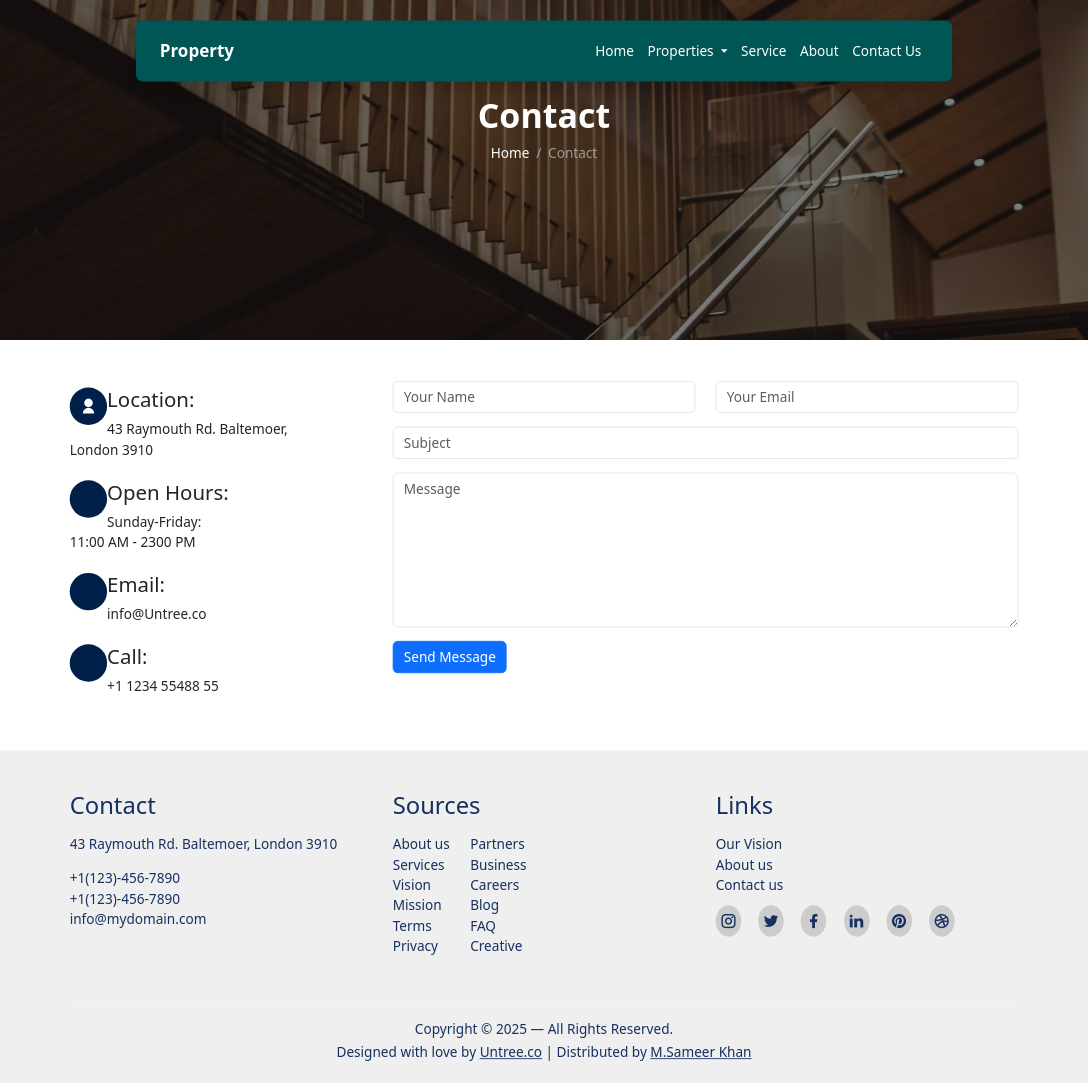
Repository: sameerrrrkhan911-git/Property
Page: contact.html
The author's editor kept a copy of each file at every save. The page is drawn from the files as they stood at one save, then again after the next save.
The browser window is 1280 px wide. The pictures show the whole page, at 85% of full size.
Some icons come from a web library that is not loaded, so they are not drawn. Some web libraries are served in a nearby version.

Above is the page before, as saved 2025-09-28 21:34:37.
Console error: TypeError: Cannot read properties of undefined (reading 'length')

### contact.html
<!DOCTYPE html>
<html lang="en">

<head>
    <meta charset="utf-8">
    <meta name="viewport" content="width=device-width, initial-scale=1">
    <title>Property</title>

    <!--====== LINKS ========-->
    <link href="https://cdn.jsdelivr.net/npm/bootstrap@5.3.8/dist/css/bootstrap.min.css" rel="stylesheet">
    <link
        href="https://fonts.googleapis.com/css2?family=Montserrat:wght@400;600&family=Open+Sans:wght@400;600&display=swap"
        rel="stylesheet">
    <link href="https://unpkg.com/aos@2.3.1/dist/aos.css" rel="stylesheet">
    <link href="https://cdn.jsdelivr.net/npm/remixicon@4.5.0/fonts/remixicon.css" rel="stylesheet">
    <link href="https://cdnjs.cloudflare.com/ajax/libs/tiny-slider/2.9.4/tiny-slider.css" rel="stylesheet">
    <link rel="stylesheet" href="assets/css/style2.css">
    <link rel="stylesheet" href="assets/css/style.css">

</head>

<body>

    <!--=====HEADER=====-->
    <header>
        <section id="Right-Step">
            <div class="bg-holder overlay overlay-elixir">
            </div>

            <!-- Navbar -->
            <nav
                class="navbar navbar-expand-lg green-color p-3 mt-4 sticky-top position-absolute top-0 start-50 translate-middle-x w-75 rounded-3 shadow">
                <div class="container-fluid">
                    <!-- Brand -->
                    <a class="navbar-brand text-white fw-bold" href="#">Property</a>

                    <!-- Toggler for Mobile -->
                    <button class="navbar-toggler bg-light" type="button">
                        <span class="navbar-toggler-icon"></span>
                    </button>

                    <!-- Navbar Links -->
                    <div class="collapse navbar-collapse" id="navbarNavDropdown">
                        <ul class="navbar-nav ms-auto">
                            <li class="nav-item">
                                <a class="nav-link text-white active" aria-current="page" href="index.html">Home</a>
                            </li>
                            <li class="nav-item dropdown">
                                <a class="nav-link dropdown-toggle text-white" href="#" role="button"
                                    data-bs-toggle="dropdown" aria-expanded="false">
                                    Properties
                                </a>
                                <ul class="dropdown-menu">
                                    <li><a class="dropdown-item" href="#">Action</a></li>
                                    <li><a class="dropdown-item" href="#">Another action</a></li>
                                    <li><a class="dropdown-item" href="#">Something else here</a></li>
                                </ul>
                            </li>
                            <li class="nav-item"><a class="nav-link text-white" href="service.html">Service</a></li>
                            <li class="nav-item"><a class="nav-link text-white" href="about.html">About</a></li>
                            <li class="nav-item"><a class="nav-link text-white" href="contact.html">Contact Us</a></li>
                        </ul>
                    </div>
                </div>
            </nav>

            <!--/.bg-holder-->
            <div class="forbg py-5">
                <div class="container">

                    <div class="row justify-content-center align-items-center">
                        <div class="col-lg-9 text-center mt-5">
                            <h1 class="heading aos-init aos-animate white mt-3 fw-bold" data-aos="fade-up">Contact</h1>

                            <nav aria-label="breadcrumb" data-aos="fade-up" data-aos-delay="200"
                                class="aos-init aos-animate">
                                <ol class="breadcrumb text-center justify-content-center">
                                    <li class="breadcrumb-item"><a href="index.html" style="color: white;">Home</a></li>
                                    <li class="ms-2 me-2 text-white-50" aria-current="page">
                                        /
                                    </li>
                                    <li class="breadcrumb-item active text-white-50" aria-current="page">
                                        Contact
                                    </li>
                                </ol>
                            </nav>
                        </div>
                    </div>
                </div>
            </div><!-- end of .container-->
        </section>
    </header>

    <!--====MAIN====-->

    <main>

<div class="section py">
      <div class="container">
        <div class="row py-5">
          <div class="col-lg-4 mb-5 mb-lg-0 aos-init aos-animate" data-aos="fade-up" data-aos-delay="100">
            <div class="contact-info">
              <div class="address mt-2">
                <i class="ri-user-fill"></i>

                <h4 class="mb-2">Location:</h4>
                <p>
                  43 Raymouth Rd. Baltemoer,<br>
                  London 3910
                </p>
              </div>

              <div class="open-hours mt-4">
                <i class="icon-clock-o"></i>
                <h4 class="mb-2">Open Hours:</h4>
                <p>
                  Sunday-Friday:<br>
                  11:00 AM - 2300 PM
                </p>
              </div>

              <div class="email mt-4">
                <i class="icon-envelope"></i>
                <h4 class="mb-2">Email:</h4>
                <p>info@Untree.co</p>
              </div>

              <div class="phone mt-4">
                <i class="icon-phone"></i>
                <h4 class="mb-2">Call:</h4>
                <p>+1 1234 55488 55</p>
              </div>
            </div>
          </div>
          <div class="col-lg-8 aos-init aos-animate" data-aos="fade-up" data-aos-delay="200">
            <form action="#">
              <div class="row">
                <div class="col-6 mb-3">
                  <input type="text" class="form-control" placeholder="Your Name">
                </div>
                <div class="col-6 mb-3">
                  <input type="email" class="form-control" placeholder="Your Email">
                </div>
                <div class="col-12 mb-3">
                  <input type="text" class="form-control" placeholder="Subject">
                </div>
                <div class="col-12 mb-3">
                  <textarea name="" id="" cols="30" rows="7" class="form-control" placeholder="Message"></textarea>
                </div>

                <div class="col-12">
                  <input type="submit" value="Send Message" class="btn btn-primary">
                </div>
              </div>
            </form>
          </div>
        </div>
      </div>
    </div>

    </main>

    <!-- FOOTER -->
    <footer class="greyy py-5 pb-4 grey">

        <div class="container">
            <div class="row">

                <!-- Contact -->
                <div class="col-lg-4 col-md-6 mb-4">
                    <h3 class="mb-3 font-color">Contact</h3>
                    <address class="mb-3 font-color">43 Raymouth Rd. Baltemoer, London 3910</address>
                    <ul class="list-unstyled">
                        <li><a href="tel://11234567890" class=" text-decoration-none"
                                style="color: #163060;">+1(123)-456-7890</a></li>
                        <li><a href="tel://11234567890" class=" text-decoration-none"
                                style="color: #163060;">+1(123)-456-7890</a></li>
                        <li><a href="mailto:info@mydomain.com" class=" text-decoration-none"
                                style="color: #163060;">info@mydomain.com</a></li>
                    </ul>
                </div>

                <!-- Sources -->
                <div class="col-lg-4 col-md-6 mb-4">
                    <h3 class="mb-3 font-color">Sources</h3>
                    <div class="d-flex">
                        <ul class="list-unstyled me-4">
                            <li><a href="#" class="font-color text-decoration-none">About us</a></li>
                            <li><a href="#" class="font-color text-decoration-none">Services</a></li>
                            <li><a href="#" class="font-color text-decoration-none">Vision</a></li>
                            <li><a href="#" class="font-color text-decoration-none">Mission</a></li>
                            <li><a href="#" class="font-color text-decoration-none">Terms</a></li>
                            <li><a href="#" class="font-color text-decoration-none">Privacy</a></li>
                        </ul>
                        <ul class="list-unstyled">
                            <li><a href="#" class="font-color text-decoration-none">Partners</a></li>
                            <li><a href="#" class="font-color text-decoration-none">Business</a></li>
                            <li><a href="#" class="font-color text-decoration-none">Careers</a></li>
                            <li><a href="#" class="font-color text-decoration-none">Blog</a></li>
                            <li><a href="#" class="font-color text-decoration-none">FAQ</a></li>
                            <li><a href="#" class="font-color text-decoration-none">Creative</a></li>
                        </ul>
                    </div>
                </div>

                <!-- Links & Social -->
                <div class="col-lg-4 col-md-12 mb-4">
                    <h3 class="mb-3 font-color">Links</h3>
                    <ul class="list-unstyled">
                        <li><a href="#" class="font-color text-decoration-none">Our Vision</a></li>
                        <li><a href="#" class="font-color text-decoration-none">About us</a></li>
                        <li><a href="#" class="font-color text-decoration-none">Contact us</a></li>
                    </ul>

                    <!-- Social icons -->
                    <div class="mt-3">
                        <a href="#" class="font-color me-3 fs-5 roundd text-color dark-grey"><i
                                class="ri-instagram-line"></i></a>
                        <a href="#" class="font-color me-3 fs-5 roundd dark-grey"><i class="ri-twitter-fill"></i></a>
                        <a href="#" class="font-color me-3 fs-5 roundd dark-grey"><i class="ri-facebook-fill"></i></a>
                        <a href="#" class="font-color me-3 fs-5 roundd dark-grey"><i class="ri-linkedin-fill"></i></a>
                        <a href="#" class="font-color me-3 fs-5 roundd dark-grey"><i class="ri-pinterest-fill"></i></a>
                        <a href="#" class="font-color fs-5 roundd dark-grey"><i class="ri-dribbble-line"></i></a>
                    </div>
                </div>

            </div>

            <hr class="border-light">

            <!-- Copyright -->
            <div class="row">
                <div class="col-12 text-center">
                    <p class="mb-1 font-color">
                        Copyright ©
                        <script>document.write(new Date().getFullYear());</script> — All Rights Reserved.
                    </p>
                    <p class="mb-0 font-color">
                        Designed with love by <a href="https://untree.co"
                            class="font-color text-decoration-underline">Untree.co</a>
                        | Distributed by <a href="https://themewagon.com/" target="_blank"
                            class="font-color text-decoration-underline">M.Sameer Khan</a>
                    </p>
                </div>
            </div>

        </div>

    </footer>

    <!-- Bootstrap JS -->
    <script src="https://cdn.jsdelivr.net/npm/bootstrap@5.3.8/dist/js/bootstrap.bundle.min.js"></script>
    <!-- AOS JS -->
    <script src="https://unpkg.com/aos@2.3.1/dist/aos.js"></script>

    <script>
        AOS.init({
            duration: 1000,
            once: true
        });
    </script>

    <script src="https://cdnjs.cloudflare.com/ajax/libs/tiny-slider/2.9.4/min/tiny-slider.js"></script>

    <script>
        var slider = tns({
            container: '.property-slider',
            items: 3,
            slideBy: 1,
            autoplay: false,
            controls: true,
            nav: false,
            gutter: 20,
            controlsContainer: '.slider-controls',
            prevButton: '.prev',
            nextButton: '.next',
            responsive: {
                0: { items: 1 },
                768: { items: 2 },
                1200: { items: 3 }
            }
        });
    </script>

</body>

</html>

### assets/css/style.css
/* ==============================
   Root Variables
=================================*/
:root {
  --green-color: #005555;
   --heading-color: #2a3855;
}

.green-color {
  background-color: var(--green-color);
}

.green{
  color: var(--green-color);
}

.black{
  color: black;
}

.para{
  text-align: left;
}

.heading-color{
  color: var(--heading-color);
}

.z-9 {
  z-index: 9 !important;
}

.white {
  color: white;
}

.green-line{
   height: 2px;
  width: 120px;
 background-color: var(--green-color);
 margin-bottom: 10px;
}

.black-line{
   height: 2px;
  width: 80px;
 background-color: black;
 margin: 10px auto;
}

.white-bg{
  background-color: white;
}

.fs-6{
  font-size: 5px;
}

.marginn{
  margin-bottom: 30px;
}

.a{
  text-decoration: none;
}


.dark-grey{
  background-color: #cccccc;
}

.text-color{
  color: #909ba6;
}
/* ==============================
Header
=================================*/


/* Hero background */
.hero-header {
  background-image: url("../images/hero_bg_3.jpg") !important;
  background-repeat: no-repeat;
  background-position: center center;
  background-size: cover;
  min-height: 100vh;
  position: relative;
  display: flex;
  align-items: center;
}



/* Overlay */
.hero-header::before {
  content: "";
  position: absolute;
  top: 0;
  left: 0;
  width: 100%;
  height: 100%;
  background: rgba(0, 0, 0, 0.5);
  z-index: 0;
}

/* Keep hero text above overlay */
.hero {
  position: relative;
  z-index: 1;
}

/* White text */
.white {
  color: #fff !important;
}

/* Responsive adjustments */
@media (max-width: 768px) {
  nav.navbar {
    width: 90% !important;
    margin-top: 1rem !important;
    padding: 0.75rem 1rem !important;
  }

  .hero h1 {
    font-size: 1.75rem;
    line-height: 1.3;
  }

  .hero form {
    flex-direction: column !important;
    gap: 0.75rem;
  }

  .hero input {
    width: 100% !important;
  }

  .hero button {
    width: 100% !important;
  }
}

@media (max-width: 576px) {
  .hero h1 {
    font-size: 1.5rem;
  }
}

/* Popular properties */

.property-slider {
  overflow: hidden;
}

.property-item {
  background: #fff;
  border-radius: 8px;
  overflow: hidden;
}

.property-content {
  background: #fff;
  border-radius: 8px;
}

/* Features */

.features-1 {
    padding-top: 30px;
    position: relative;
    z-index: 8;
    text-align: center;
    background-color: rgba(0, 32, 74, 0.05);
}

/* ==========================
   Testimonials Section
========================== */

.sec-testimonials .heading {
  font-size: 2rem;
  font-weight: 700;
}

/* Prev/Next buttons */
#testimonial-nav {
  display: flex;
  gap: 10px;
}

#testimonial-nav span {
  cursor: pointer;
  font-size: 14px;
  color: #002855;
  background: #e9ecef;
  padding: 6px 14px;
  border-radius: 20px;
  transition: all 0.3s ease;
}

#testimonial-nav span:hover {
  background: #002855;
  color: #fff;
}

/* Testimonials layout */
.testimonial-slider {
  display: grid;
  grid-template-columns: repeat(auto-fit, minmax(300px, 1fr));
  gap: 40px;
  margin-top: 30px;
  text-align: center;
}

.testimonial {
  padding: 20px;
}

.testimonial img {
  width: 90px;
  height: 90px;
  object-fit: cover;
  margin-bottom: 15px;
  border: 3px solid #ddd;
}

.testimonial .rate {
  margin: 10px 0;
  font-size: 16px;
  color: #f1c40f;
}

.testimonial h3 {
  margin-bottom: 10px;
  font-size: 1.1rem;
  font-weight: 600;
}

.testimonial blockquote {
  font-style: italic;
  font-size: 0.95rem;
  color: #555;
  margin: 10px 0 15px;
}

.greyy{
  background-color: #efefef;
}

.testimonial p.text-muted {
  font-size: 0.85rem;
  color: #888;
}

.img-fluid {
   max-width: 100%;
    height: auto;
}

/* Call To Action */
.footer-cta {
  background: white ;
  padding: 50px;
}

.footer-cta .btn-primary {
  border-radius: 30px;
  font-size: 1.1rem;
  transition: all 0.3s ease;
}

.footer-cta .btn-primary:hover {
  background: #003f3f;
  transform: translateY(-3px);
  box-shadow: 0 6px 15px rgba(0,0,0,0.2);
}

/* Our Agents */
.section_1{
  background-color: #f8f9fa;
}

/* Agent Card */
.person {
  background: #fff;
  border-radius: 12px;
  padding: 60px 20px 30px;
  text-align: center;
  position: relative;
  box-shadow: 0 4px 20px rgba(0,0,0,0.05);
  transition: all 0.3s ease;
}

.person:hover {
  transform: translateY(-8px);
  box-shadow: 0 12px 30px rgba(0,0,0,0.1);
}

/* Profile Image */
.person img {
  width: 100px;
  height: 100px;
  object-fit: cover;
  border-radius: 50%;
  position: absolute;
  top: -50px;
  left: 50%;
  transform: translateX(-50%);
}

/* Text styling */
.person-contents h2 {
  margin-top: 60px;
  font-size: 1.2rem;
  font-weight: 600;
}

.person-contents .meta {
  font-size: 0.9rem;
  color: #6c757d;
  margin-bottom: 15px;
}

.person-contents p {
  font-size: 0.95rem;
  color: #555;
  margin-bottom: 20px;
}

/* Social icons */
.social a {
  display: inline-flex;
  justify-content: center;
  align-items: center;
  width: 40px;
  height: 40px;
  margin: 0 5px;
  border-radius: 50%;
  background: #002855;
  color: #fff;
  transition: all 0.3s ease;
  text-decoration: none;
}

.social a:hover {
  background: #005555;
}

h2 a {
  color: #000;
  text-decoration: none;
}

.roundd{

  border-radius: 50%;
  text-decoration: none;
  padding: 5px;
}

.font-color{
 color: #163060;
}

.forbg {
    height: 400px;
    background: linear-gradient(to bottom, rgba(0, 0, 0, 0.5), rgba(0, 0, 0, 0.5)), url(../images/hero_bg_1.jpg);
    background-size: cover;
    background-position: center;
}

a{
  text-decoration: none;
}

.contact-info i {
    font-size: 20px;
    float: left;
    width: 44px;
    height: 44px;
    background: #00204a;
    display: -webkit-box;
    display: -ms-flexbox;
    display: flex
;
    -webkit-box-pack: center;
    -ms-flex-pack: center;
    justify-content: center;
    -webkit-box-align: center;
    -ms-flex-align: center;
    align-items: center;
    border-radius: 50px;
    -webkit-transition: all 0.3s;
    -o-transition: all 0.3s;
    transition: all 0.3s;
    color: #fff;
}

Loaded but not shown: assets/css/style2.css (library)

After the next save:
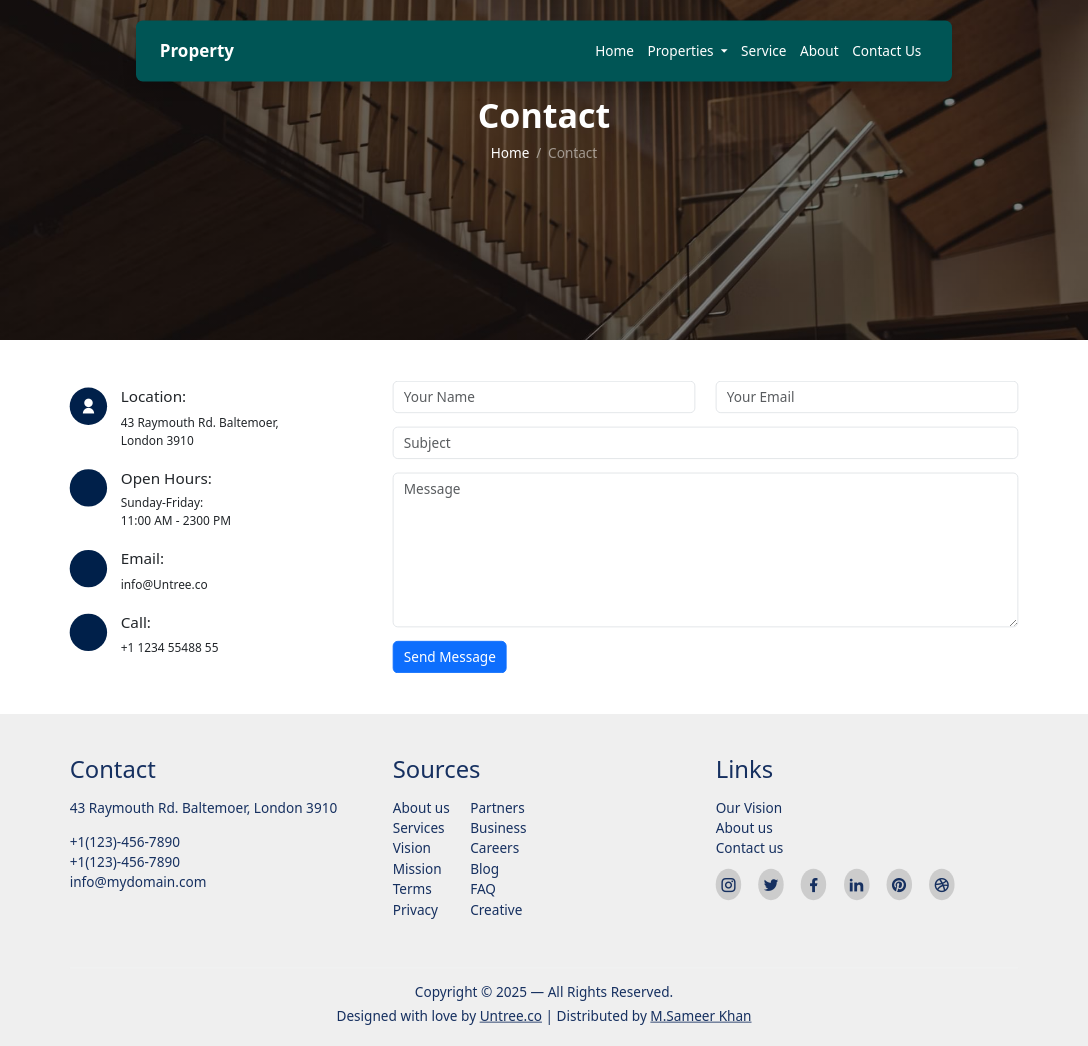
Saved 66 s later.
--- a/assets/css/style.css
+++ b/assets/css/style.css
@@ -396,3 +396,85 @@ a{
     transition: all 0.3s;
     color: #fff;
 }
+
+.contact-info i {
+  font-size: 20px;
+  float: left;
+  width: 44px;
+  height: 44px;
+  background: #00204a;
+  display: -webkit-box;
+  display: -ms-flexbox;
+  display: flex;
+  -webkit-box-pack: center;
+  -ms-flex-pack: center;
+  justify-content: center;
+  -webkit-box-align: center;
+  -ms-flex-align: center;
+  align-items: center;
+  border-radius: 50px;
+  -webkit-transition: all 0.3s;
+  -o-transition: all 0.3s;
+  transition: all 0.3s;
+  color: #fff; }
+
+.contact-info h4, .contact-info .h4 {
+  font-size: 18px;
+  padding: 0 0 0 60px; }
+
+.contact-info p {
+  padding: 0 0 0 60px;
+  margin-bottom: 0;
+  font-size: 14px; }
+
+.site-footer {
+  background: #efefef;
+  font-size: 14px;
+  color: #888;
+  padding: 70px 0; }
+  .site-footer a {
+    color: #777;
+    position: relative;
+    display: inline-block;
+    text-decoration: underline; }
+    .site-footer a:hover {
+      color: #000;
+      text-decoration: none; }
+      .site-footer a:hover:before {
+        background: #00204a; }
+  .site-footer .footer-cta h2, .site-footer .footer-cta .h2 {
+    font-size: 30px;
+    color: #00204a; }
+  .site-footer .btn:before {
+    display: none; }
+  .site-footer .widget {
+    margin-bottom: 40px;
+    display: block; }
+    .site-footer .widget h3, .site-footer .widget .h3 {
+      font-size: 12px;
+      font-weight: 700;
+      text-transform: uppercase;
+      margin-bottom: 15px;
+      color: #00204a; }
+    .site-footer .widget .links {
+      width: 150px; }
+      .site-footer .widget .links li {
+        margin-bottom: 10px; }
+  .site-footer .social li {
+    display: inline-block; }
+    .site-footer .social li a {
+      display: inline-block;
+      width: 40px;
+      height: 40px;
+      position: relative;
+      background: #ccc;
+      border-radius: 40%; }
+      .site-footer .social li a:before {
+        display: none; }
+      .site-footer .social li a > span {
+        position: absolute;
+        top: 50%;
+        left: 50%;
+        -webkit-transform: translate(-50%, -50%);
+        -ms-transform: translate(-50%, -50%);
+        transform: translate(-50%, -50%); }
